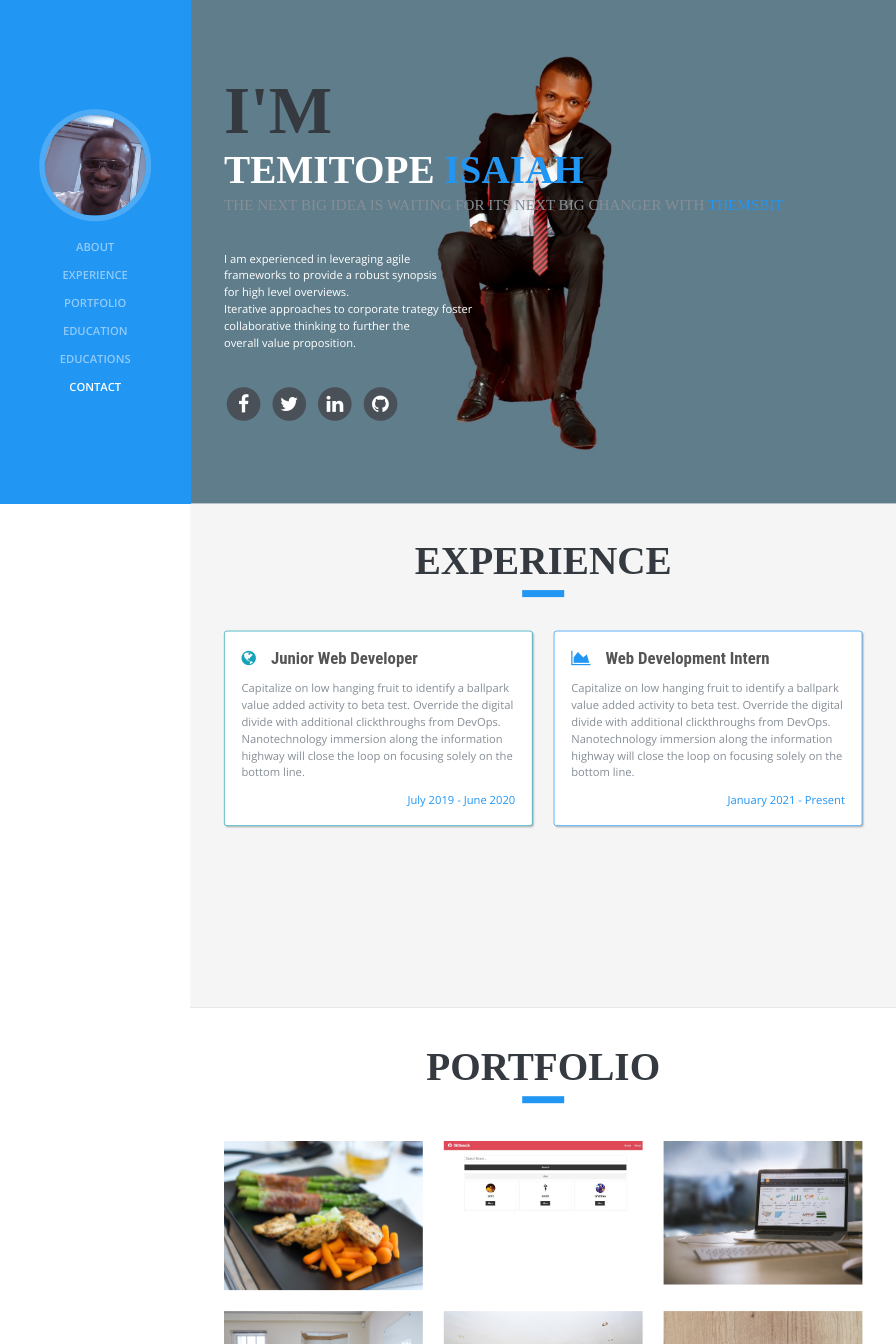
Repository: smit1298/portfolio
Page: index.html
An editor plug-in stored every save of this project. The page is shown before and after the next save, followed by the edit.
The browser window is 1280 px wide. The pictures show the part of the page from y = 0 to 1920 px (the page is 4794 px tall before and 4819 px after), at 70% of full size.
Some web fonts or font styles are not loaded; a fallback is used.

Above is the page before, as saved 2021-06-28 15:15:03.

After the next save:
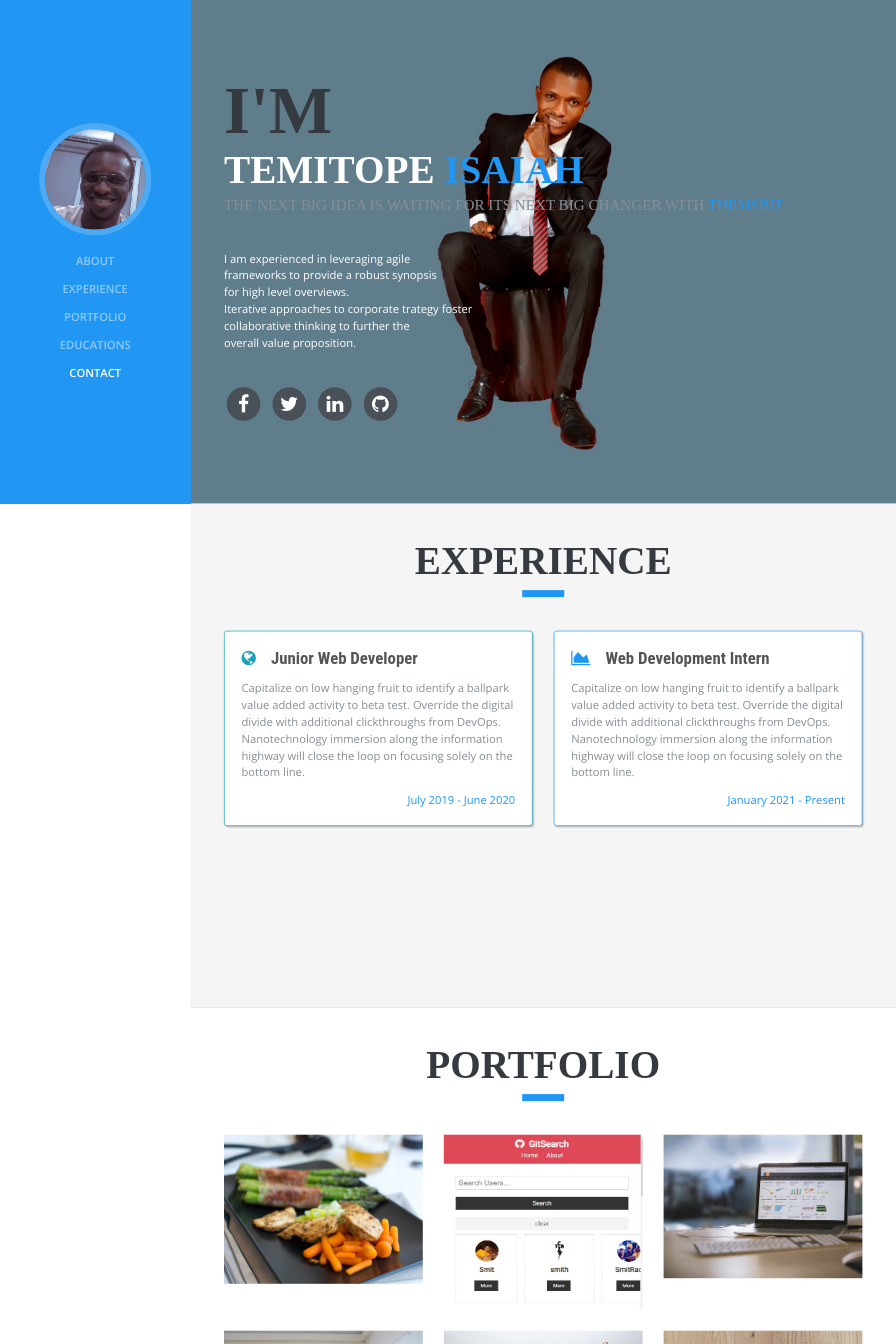
Saved 2 h 18 min later.
--- a/index.html
+++ b/index.html
@@ -74,11 +74,7 @@
               >Portfolio</a
             >
           </li>
-          <li class="nav-item">
-            <a class="nav-link js-scroll-trigger" href="#education"
-              >Education</a
-            >
-          </li>
+
           <li class="nav-item">
             <a class="nav-link js-scroll-trigger" href="#educations"
               >educations</a
@@ -268,7 +264,7 @@
                   <i class="fa fa-search-plus fa-3x"></i>
                 </div>
               </div>
-              <img class="img-fluid" src="img/portfolio/git.jpg" alt="" />
+              <img class="img-fluid" src="img/portfolio/git2.jpg" style="height: 250px; width: 350px;" alt="" />
             </a>
           </div>
 
@@ -601,7 +597,61 @@
                     <button
                       class="btn btn-general btn-white"
                       type="button"
-                      onclick="window.open('https://github.com/smit1298/omnifood', '_blank')"
+                      onclick="window.open('https://fastfood1298.netlify.app/', '_blank')"
+                      data-dismiss="modal"
+                    >
+                      <i class="fa fa-opens"></i> Open
+                    </button>
+                  </div>
+                </div>
+              </div>
+            </div>
+          </div>
+        </div>
+      </div>
+    </div>
+
+
+    <div
+      class="portfolio-modal modal fade"
+      id="portfolioModal2"
+      tabindex="-1"
+      role="dialog"
+      aria-hidden="true"
+    >
+      <div class="modal-dialog" role="document">
+        <div class="modal-content">
+          <div class="close-modal" data-dismiss="modal">
+            <div class="lr">
+              <div class="rl"></div>
+            </div>
+          </div>
+          <div class="container">
+            <div class="row">
+              <div class="modal-body">
+                <div class="title-bar">
+                  <div class="col-md-12">
+                    <h2 class="text-center">Our Project</h2>
+                    <div class="heading-border"></div>
+                  </div>
+                </div>
+                <div class="row">
+                  <div class="col-md-6">
+                    <img
+                      class="img-fluid img-centered"
+                      src="img/portfolio/git2.JPG"
+                      alt=""
+                    />
+                  </div>
+                  <div class="col-md-6">
+                    <p>
+                      This web app(gitsearch1298) is built with react js, API's were fetched from github in order to communicate
+                      with the gitsearch1298 interface in providing users with details of github users.
+                    </p>
+                                  <button
+                      class="btn btn-general btn-white"
+                      type="button"
+                      onclick="window.open('https://gitsearch1298.netlify.app/', '_blank')"
                       data-dismiss="modal"
                     >
                       <i class="fa fa-opens"></i> Open
